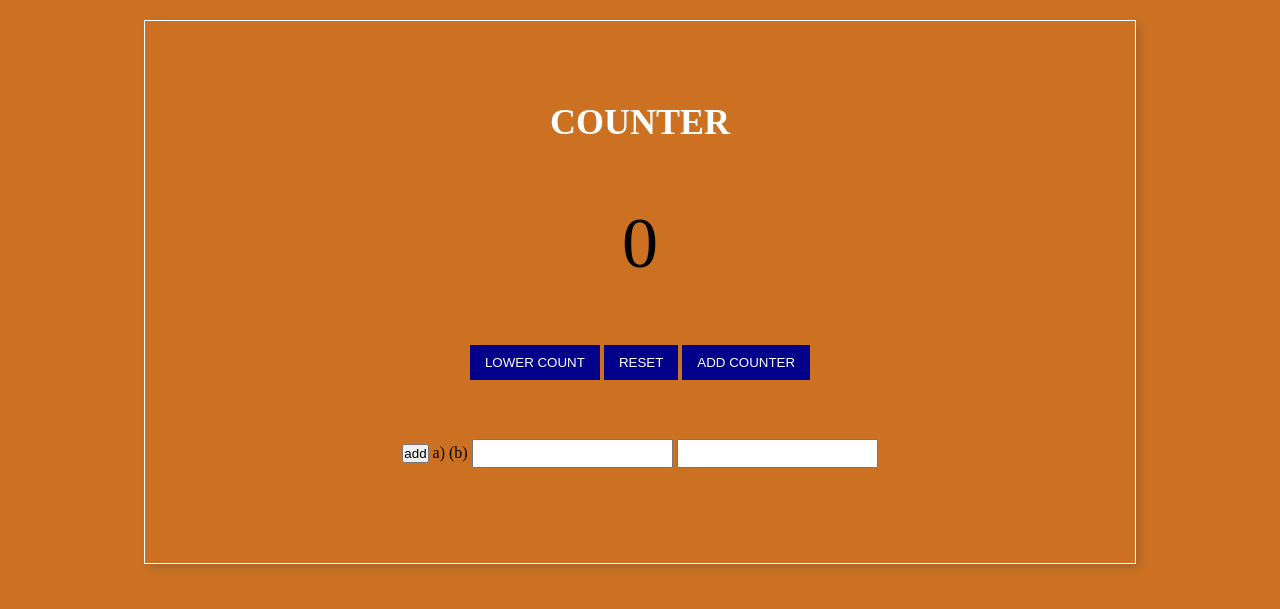
Repository: lusine-tech/counter
Page: index.html
These files come from the project's save history. The page is drawn as it stood at one moment and after the next save; the edit follows.
The browser window is 1280 px wide. The pictures show the whole page.

Above is the page before, as saved 2022-02-14 23:54:06.

### index.html
<!DOCTYPE html>
<html lang="en">

<head>
    <meta charset="UTF-8">
    <meta http-equiv="X-UA-Compatible" content="IE=edge">
    <meta name="viewport" content="width=device-width, initial-scale=1.0">
    <link rel="stylesheet" href="style.css">
    <title>counter</title>
</head>

<body>
    <section class="background">
        <div class="block">
            <h3 class="title">Counter</h3>
            <p class="num" id="value">0</p>
            <div class="buttons">
                <button class="btn" id="decrease">lower count</button>
                <button class="btn" id="reset">reset</button>
                <button class="btn" id="increase">add Counter</button>
            </div>
            <div class="inputs">
                <button class="sum">add </button> <span class="left-input">a</span>)
                    (<span class="right-input">b</span>)
                <input type="number" class="left-number">
                <input type="number" class="right-number">
            </div>
        </div>
    </section>
    <script src="/script.js"></script>
</body>

</html>

### style.css
* {
    margin: 0;
    padding: 0;
    box-sizing: border-box;
}

.background {
    height: 100vh;
    width: 100vw;
    background-color: #cb7121;
    display: flex;
    justify-content: center;
    padding: 20px;
}

.block {
    display: flex;
    align-items: center;
    justify-content: space-around;
    flex-direction: column;

    height: 80%;
    width: 80%;
    border: 1px solid #fff;
    padding: 50px 20px;
    -webkit-box-shadow: 4px 4px 8px 0px rgba(34, 60, 80, 0.2);
    -moz-box-shadow: 4px 4px 8px 0px rgba(34, 60, 80, 0.2);
    box-shadow: 4px 4px 8px 0px rgba(34, 60, 80, 0.2);
}

.title {
    color: #fff;
    font-size: 36px;
    text-transform: uppercase;
}

.num {
    font-size: 72px;
}

input {
    padding: 5px 10px;
    outline: none;
}

.btn {
    padding: 10px 15px;
    color: #fff;
    cursor: pointer;
    transition: 0.5s ease;
    border: none;
    outline: none;
    background-color: #00008B;
    text-transform: uppercase;
}

.btn:hover {
    background-color: #303f9f;
}

.sum {
    text-align: center;
    margin-bottom: 20px;
}

### script.js
const decrease = document.querySelector("#decrease");
const increase = document.querySelector("#increase");
const reset = document.querySelector("#reset");
const num = document.querySelector("#value");
const leftNumber = document.querySelector(".left-number");
const righNumber = document.querySelector(".right-number");
const sum = document.querySelector(".sum");
 let leftInputValue = leftNumber.value;
 //document.querySelector(".left-input").innerHTML = leftInput;
 let rightInputValue = righNumber.value;
 //document.querySelector(".right-input").innerHTML = rightInput;



let integer = 0;
decrease.addEventListener("click", function () {
    integer -= 1;
    num.innerHTML = integer;
});

increase.addEventListener("click", function () {
    integer += 1;
    num.innerHTML = integer;
});

reset.addEventListener("click", function () {
    integer = 0;
    num.innerHTML = integer;
});


function add(a) {

    return function innerFunc(b) {

return a + b;
    }
};

sum.addEventListener("click", function () {
  add(leftInputValue)(rightInputValue);


});

After the next save:
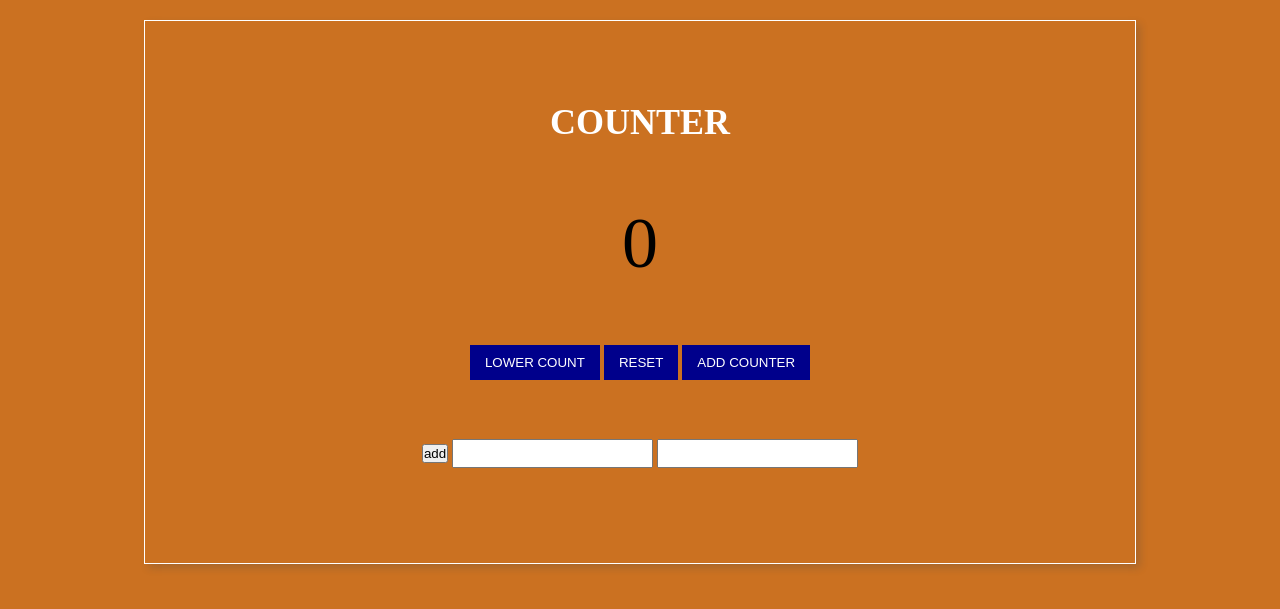
Saved 15 s later.
--- a/index.html
+++ b/index.html
@@ -20,8 +20,7 @@
                 <button class="btn" id="increase">add Counter</button>
             </div>
             <div class="inputs">
-                <button class="sum">add </button> <span class="left-input">a</span>)
-                    (<span class="right-input">b</span>)
+                <button class="sum">add </button>
                 <input type="number" class="left-number">
                 <input type="number" class="right-number">
             </div>
